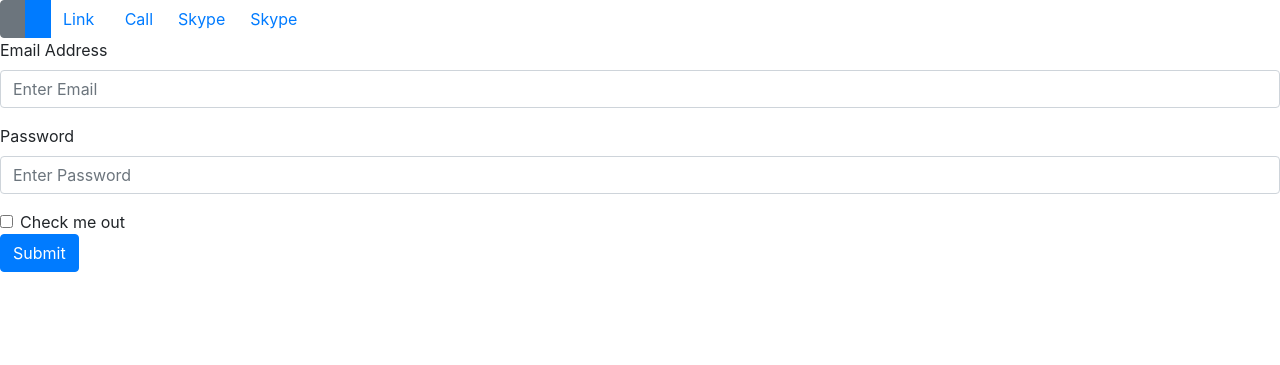
Repository: HwZau/conFusion
Page: index2.html
The author's editor kept a copy of each file at every save. The page is drawn from the files as they stood at one save, then again after a run of saves.
The browser window is 1280 px wide. The pictures show the whole page.

Above is the page before, as saved 2022-05-19 09:22:17.

### index2.html
<head>
    <meta charset="utf-8" />
    <meta name="viewport" content="width=device-width, initial-scale=1, shrink-to-fit=no" />
    <meta http-equiv="x-ua-compatible" content="ie=edge" />
    <title>Button Review</title>
    <link rel="stylesheet" href="node_modules/bootstrap/dist/css/bootstrap.min.css" />
    <link rel="stylesheet" href="css/style.css" />
</head>
    <!-- Button -->
<body>
    <div class="btn-group" role="group" aria-label="Basic Example">
        <button class="btn btn-secondary"></button>
        <button class="btn btn-primary"></button>
        <a href="#" class="btn btn-link">Link</a>
    </div>
    <div class="btn-group" role="group">
        <a href="#" class="btn" role="group"><i class="fa fa-phone"></i> Call</a>
        <a href="#" class="btn" role="group"><i class="fa fa-skype"></i> Skype</a>
        <a href="#" class="btn" role="group"><i class="fa fa-envelope"></i> Skype</a>
    </div>
    <!-- Form -->
    <form action="">
        <div class="form-group">
            <label for="e1">Email Address</label>
            <input type="email" class="form-control" id="e1" placeholder="Enter Email" />
        </div>
        <div class="form-group">
            <label for="e2">Password</label>
            <input type="password" class="form-control" id="e2" placeholder="Enter Password" />
        </div>
        <div class="form-check">
            <input type="checkbox" class="form-check-input" id="e3" placeholder="Enter Email" />
            <label for="e3" class="form-check-label">Check me out</label>
        </div>
        <button type="submit" class="btn btn-primary">Submit</button>
    </form>
        <!-- input -->
    <div class="input-group">
        <div class="input-group-prepend">
            <span class=""></span>
        </div>
    </div>
</body>

### css/style.css

.row-header {
	margin: 0px auto;
	padding: 0px auto;
}

.row-content {
	margin: 0 auto;
	padding: 50px 0px 50px 0px;
	border-bottom: 1px ridge;
	min-height: 400px;
}

.footer {
	background-color: #D1C4E9;
	margin: 0px auto;
	padding: 20px 0px 20px 0px;
}

.jumbotron {
	padding: 70px 30px 70px 30px;
	margin: 0px auto;
	background: #9575CD;
	color: floralwhite;
}

address {
	font-size: 90%;
	margin: 0px;
	color:#0f0f0f;
}

Loaded but not shown: node_modules/bootstrap/dist/css/bootstrap.min.css (library)

After the next 3 saves:
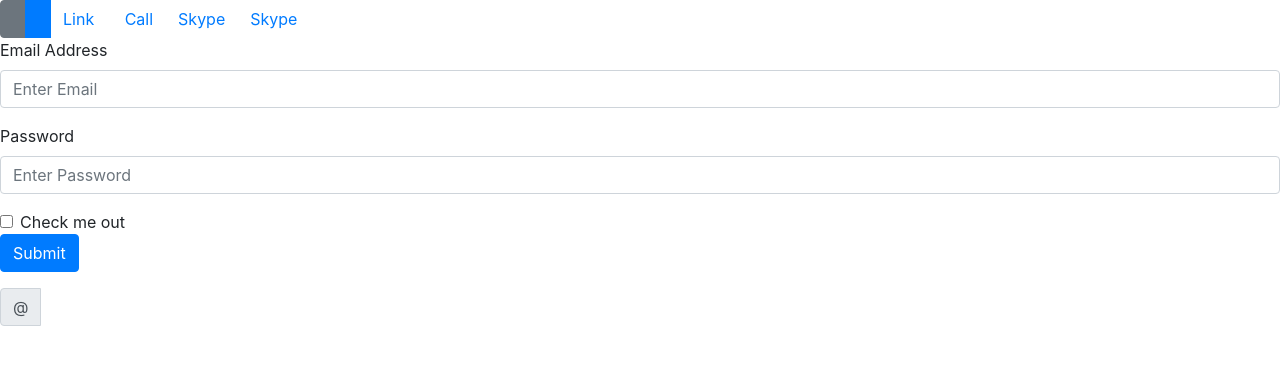
The 3 saves are shown as one change because they came seconds apart.
The last was saved 13 s later.
--- a/index2.html
+++ b/index2.html
@@ -1,43 +1,66 @@
 <head>
-    <meta charset="utf-8" />
-    <meta name="viewport" content="width=device-width, initial-scale=1, shrink-to-fit=no" />
-    <meta http-equiv="x-ua-compatible" content="ie=edge" />
-    <title>Button Review</title>
-    <link rel="stylesheet" href="node_modules/bootstrap/dist/css/bootstrap.min.css" />
-    <link rel="stylesheet" href="css/style.css" />
+  <meta charset="utf-8" />
+  <meta
+    name="viewport"
+    content="width=device-width, initial-scale=1, shrink-to-fit=no"
+  />
+  <meta http-equiv="x-ua-compatible" content="ie=edge" />
+  <title>Button Review</title>
+  <link
+    rel="stylesheet"
+    href="node_modules/bootstrap/dist/css/bootstrap.min.css"
+  />
+  <link rel="stylesheet" href="css/style.css" />
 </head>
-    <!-- Button -->
+<!-- Button -->
 <body>
-    <div class="btn-group" role="group" aria-label="Basic Example">
-        <button class="btn btn-secondary"></button>
-        <button class="btn btn-primary"></button>
-        <a href="#" class="btn btn-link">Link</a>
+  <div class="btn-group" role="group" aria-label="Basic Example">
+    <button class="btn btn-secondary"></button>
+    <button class="btn btn-primary"></button>
+    <a href="#" class="btn btn-link">Link</a>
+  </div>
+  <div class="btn-group" role="group">
+    <a href="#" class="btn" role="group"><i class="fa fa-phone"></i> Call</a>
+    <a href="#" class="btn" role="group"><i class="fa fa-skype"></i> Skype</a>
+    <a href="#" class="btn" role="group"
+      ><i class="fa fa-envelope"></i> Skype</a
+    >
+  </div>
+  <!-- Form -->
+  <form action="">
+    <div class="form-group">
+      <label for="e1">Email Address</label>
+      <input
+        type="email"
+        class="form-control"
+        id="e1"
+        placeholder="Enter Email"
+      />
     </div>
-    <div class="btn-group" role="group">
-        <a href="#" class="btn" role="group"><i class="fa fa-phone"></i> Call</a>
-        <a href="#" class="btn" role="group"><i class="fa fa-skype"></i> Skype</a>
-        <a href="#" class="btn" role="group"><i class="fa fa-envelope"></i> Skype</a>
+    <div class="form-group">
+      <label for="e2">Password</label>
+      <input
+        type="password"
+        class="form-control"
+        id="e2"
+        placeholder="Enter Password"
+      />
     </div>
-    <!-- Form -->
-    <form action="">
-        <div class="form-group">
-            <label for="e1">Email Address</label>
-            <input type="email" class="form-control" id="e1" placeholder="Enter Email" />
-        </div>
-        <div class="form-group">
-            <label for="e2">Password</label>
-            <input type="password" class="form-control" id="e2" placeholder="Enter Password" />
-        </div>
-        <div class="form-check">
-            <input type="checkbox" class="form-check-input" id="e3" placeholder="Enter Email" />
-            <label for="e3" class="form-check-label">Check me out</label>
-        </div>
-        <button type="submit" class="btn btn-primary">Submit</button>
-    </form>
-        <!-- input -->
-    <div class="input-group">
-        <div class="input-group-prepend">
-            <span class=""></span>
-        </div>
+    <div class="form-check">
+      <input
+        type="checkbox"
+        class="form-check-input"
+        id="e3"
+        placeholder="Enter Email"
+      />
+      <label for="e3" class="form-check-label">Check me out</label>
     </div>
+    <button type="submit" class="btn btn-primary">Submit</button>
+  </form>
+  <!-- input -->
+  <div class="input-group">
+    <div class="input-group-prepend">
+      <span class="input-group-text">@</span>
+    </div>
+  </div>
 </body>
